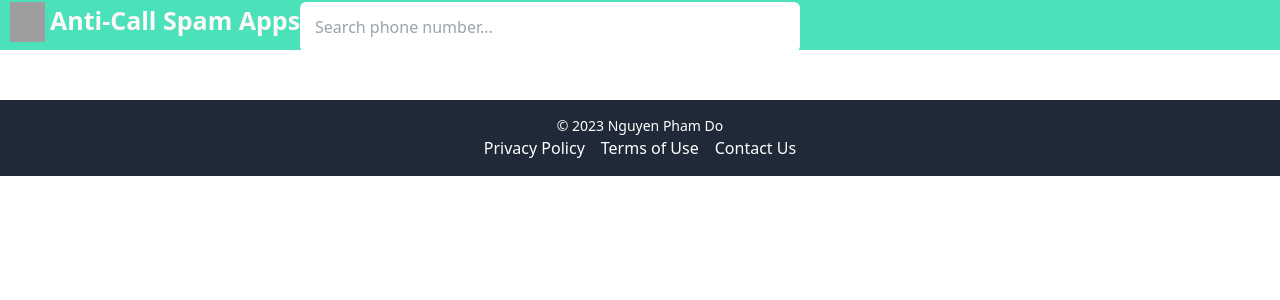
Repository: NPham1402/Web-user-callSpamBlocker
Page: /detail
These files come from the project's save history. The page is drawn as it stood at one moment and after the next save; the edit follows.
The browser window is 1280 px wide. The pictures show the whole page.
Pictures or frames that could not be fetched are drawn as grey boxes. The project was rebuilt for these pictures with package versions that can differ from the ones it lists, and the page was loaded fresh each time. The framework's server and built-in components were replaced by stand-ins that run in the browser. Also part of the build but not shown: next.config.js.

Above is the page before, as saved 2023-02-09 20:49:10.

After the next save:
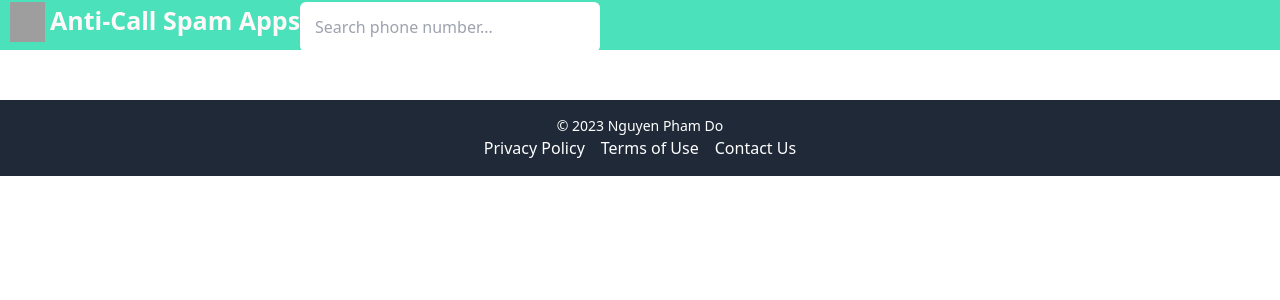
Saved 15 s later.
--- a/pages/detail.js
+++ b/pages/detail.js
@@ -26,7 +26,7 @@ function detail() {
             Anti-Call Spam Apps
           </p>
           <input
-            className="w-[500px] h-[50px] rounded-[6px] p-[15px]"
+            className="w-[300px] h-[50px] rounded-[6px] p-[15px]"
             placeholder="Search phone number..."
           />
         </div>
